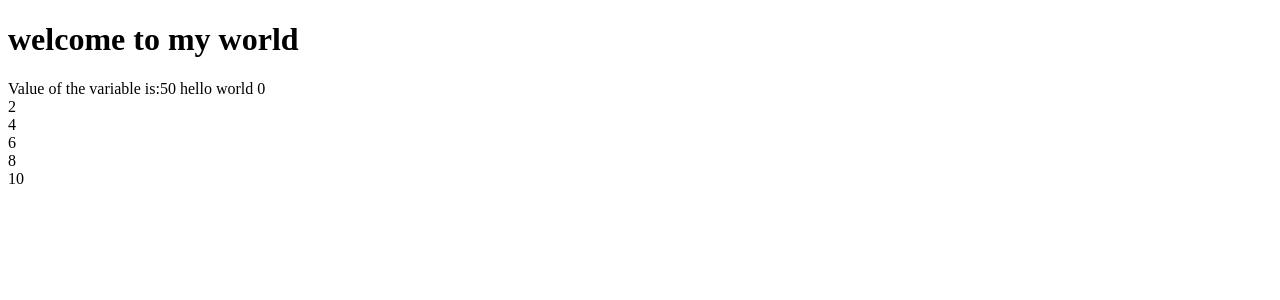
Repository: ifpi98/java_e
Page: http://localhost/jspproject/test1.jsp
The author's editor kept a copy of each file at every save. The page is drawn from the files as they stood at one save, then again after the next save.
The browser window is 1280 px wide. The pictures show the whole page.
The page is served by Tomcat 9.

Above is the page before, as saved 2023-07-06 02:28:27.

After the next save:
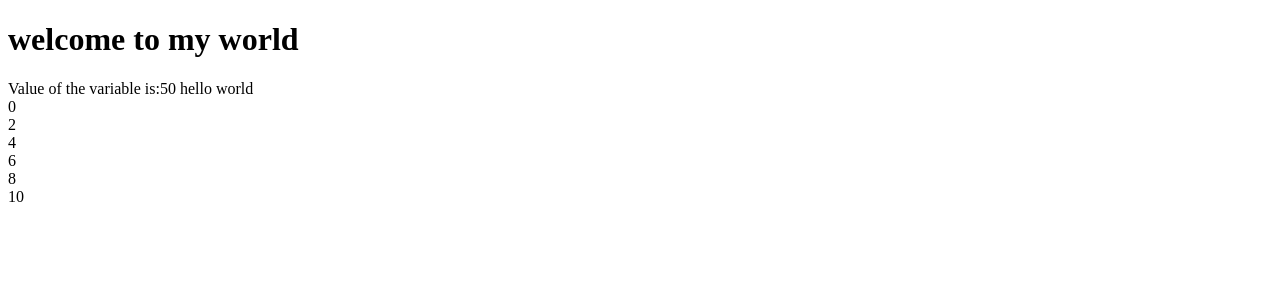
Saved 42 s later.
--- a/jspproject/src/main/webapp/test1.jsp
+++ b/jspproject/src/main/webapp/test1.jsp
@@ -18,6 +18,7 @@
 	} %>
 
 	<% out.println(makeItLower("Hello World")); %>
+	<% out.println("<br>"); %>
 
 	<%
 	for (int i = 0; i <= 10; i++){
